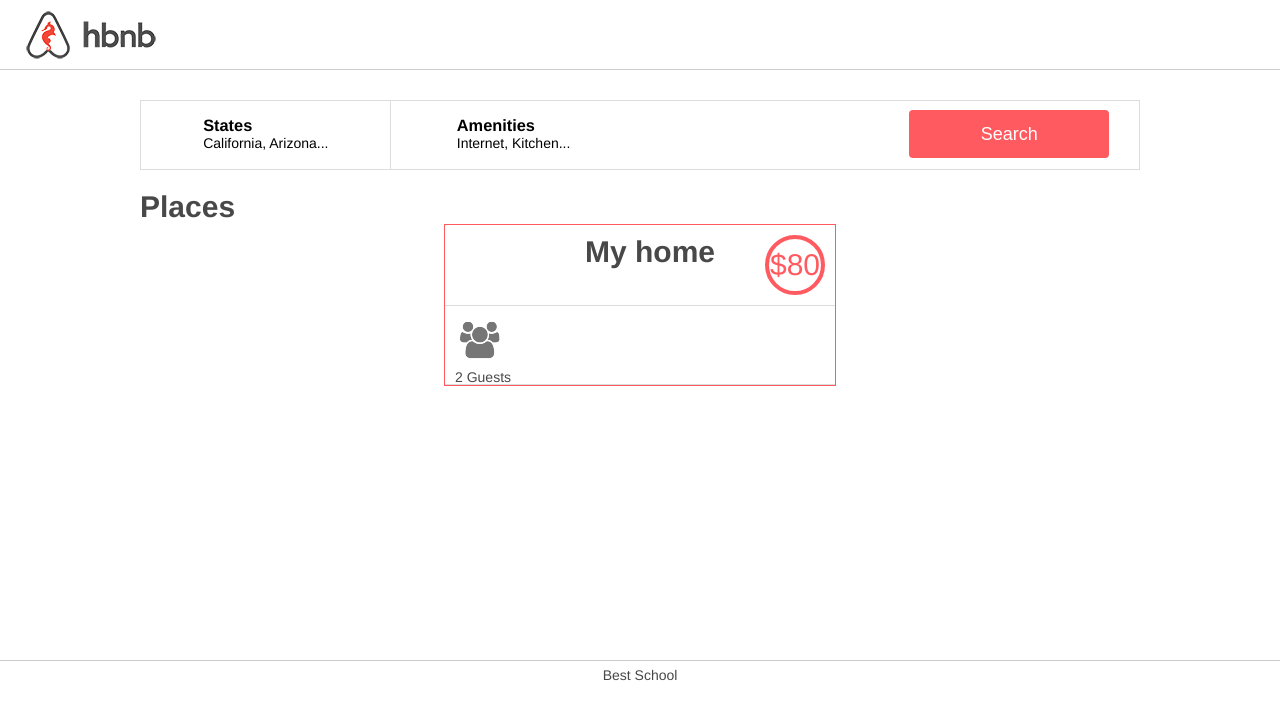
Repository: Eng-0marleves/AirBnB_clone
Page: web_static/8-index.html
The author's editor kept a copy of each file at every save. The page is drawn from the files as they stood at one save, then again after the next save.
The browser window is 1280 px wide. The pictures show the whole page.

Above is the page before, as saved 2023-12-18 07:05:58.

### web_static/8-index.html
<!DOCTYPE html>
<html lang="en">

<head>
	<meta charset="UTF-8">
	<meta name="viewport" content="width=device-width, initial-scale=1.0">
	<title>AirBnB Clone</title>
	<link rel="icon" href="images/icon.png">

	<link rel="stylesheet" href="styles/4-common.css">
	<link rel="stylesheet" href="styles/3-header.css">
	<link rel="stylesheet" href="styles/3-footer.css">
	<link rel="stylesheet" href="styles/6-filters.css">
	<link rel="stylesheet" href="styles/8-places.css">
</head>

<body>
	<header>
		<div class="logo"></div>
	</header>

	<div class="container">
		<section class="filters">
			<div class="locations">
				<h3 class="title">States</h3>
				<h4 class="subtitle">California, Arizona...</h4>
				<div class="dropdowen">
					<h3>Arizona:</h3>
					<ul class="popover">
						<li>
							<h4>Page 1</h4>
							<h4>Page 2</h4>
						</li>
						<h3>Arizona:</h3>
						<li>
							<h4>San Francisco</h4>
							<h4>Los Altos</h4>
						</li>
					</ul>
				</div>
			</div>
			<div class="amenities">
				<h3 class="title">Amenities</h3>
				<h4 class="subtitle">Internet, Kitchen...</h4>
				<div class="dropdowen">
					<ul>
						<h3>Internet:</h3>
						<li>
							<h4>TV</h4>
						</li>
						<h3>Kitchen:</h3>
						<li>
							<h4>Iron</h4>
						</li>
					</ul>
				</div>
			</div>
			<button>Search</button>
		</section>
		<section class="places">
			<h1>Places</h1>
			<div class="places-container">
				<article>
					<div class="header">
						<h2>My home</h2>
						<div class="price_by_night">
							$80
						</div>
					</div>
					<div class="information">
						<div class="max_guest">
							<img src="images/icon_group.png" alt="">
							<p>2 Guests</p>
						</div>
						<div class="number_rooms">

						</div>
					</div>
				</article>
			</div>
		</section>
	</div>

	<footer>
		<p>Best School</p>
	</footer>
</body>

</html>

### web_static/styles/4-common.css
* {
  margin: 0;
  padding: 0;
  box-sizing: border-box;
  list-style: none;
}
body {
  margin: 0;
  padding: 0;
  color: #484848;
  font-size: 14px;
  font-family: Circular, "Helvetica Neue", Helvetica, Arial, sans-serif;
}

### web_static/styles/3-header.css
header {
  color: white;
  height: 70px;
  width: 100%;
  border-bottom: 1px solid #cccccc;
}

.logo {
  height: 100%;
  background: url("../images/logo.png") no-repeat;
  background-position: left;
  margin-left: 20px;
}

### web_static/styles/3-footer.css
footer {
  background-color: white;
  height: 60px;
  width: 100%;
  border-top: 1px solid #cccccc;
  position: absolute;
  bottom: 0;
  left: 0;
}

footer p {
  text-align: center;
  padding: 6px;
}

### web_static/styles/6-filters.css
.container {
  max-width: 1000px;
  margin: 30px auto;
}

.filters {
  color: white;
  height: 70px;
  width: 100%;
  border: 1px solid #dddddd;
}

.container button {
  display: block;
  font-size: 18px;
  color: #ffffff;
  background: #ff5a5f;
  height: 48px;
  width: 20%;
  border-radius: 4px;
  border: none;
  margin-left: auto;
  margin-right: 30px;
  margin-top: calc((70px + 48px) / 2 * -1);
}

.container button:hover {
  opacity: 90%;
}

.filters div {
  width: 25%;
  height: 100%;
  display: inline-block;
  color: #000;
  text-align: left;
  vertical-align: top;
  position: relative;
}

.filters div:first-child {
  border-right: 1px solid #dddddd;
}

.filters div .title {
  font-weight: 600;
  text-align: left;
  margin-left: 25%;
  margin-top: calc((70px - 40px) / 2);
}

.filters div .subtitle {
  font-weight: 400;
  font-size: 14px;
  text-align: left;
  margin-left: 25%;
}

.filters div:hover .dropdowen {
  display: block;
}

.filters div .dropdowen {
  display: none;
  position: absolute;
  top: 100%;
  left: 0;
  width: 100%;
  height: fit-content;
  background-color: #fafafa;
  border: 1px solid #dddddd;
  border-radius: 4px;
  box-shadow: 0 2px 4px rgba(0, 0, 0, 0.1);
}

.filters div .dropdowen h3 {
  font-size: 16px;
  margin: 10px;
}

.filters div .dropdowen li {
  margin: 5px 20px;
}

.filters div .title {
  font-weight: 600;
  text-align: left;
}

.filters div .subtitle {
  font-weight: 400;
  font-size: 14px;
  text-align: left;
}

### web_static/styles/8-places.css
.places {
  margin-top: 20px;
}

.places h1 {
  font-size: 30px;
}

.places .places-container {
  display: flex;
  justify-content: space-around;
  align-items: center;
  flex-wrap: wrap;
}

.places article {
  border: 1px solid #ff5a5f;
}

.places article .header {
  width: 390px;
  padding: 10px;
  display: flex;
  justify-content: flex-end;
}

.places article .header h2 {
  font-size: 30px;
  text-align: center;
  margin-right: 50px;
}

.places article .header .price_by_night {
  color: #ff5a5f;
  border: 4px solid #ff5a5f;
  min-width: 60px;
  height: 60px;
  font-size: 30px;
  display: flex;
  justify-content: center;
  align-items: center;
  border-radius: 50%;
}

.places article .information {
  height: 80px;
  border-top: 1px solid #dddddd;
  border-bottom: 1px solid #dddddd;
  padding: 10px;
}

.places article .information .max_guest {
  width: 100px;
}

After the next save:
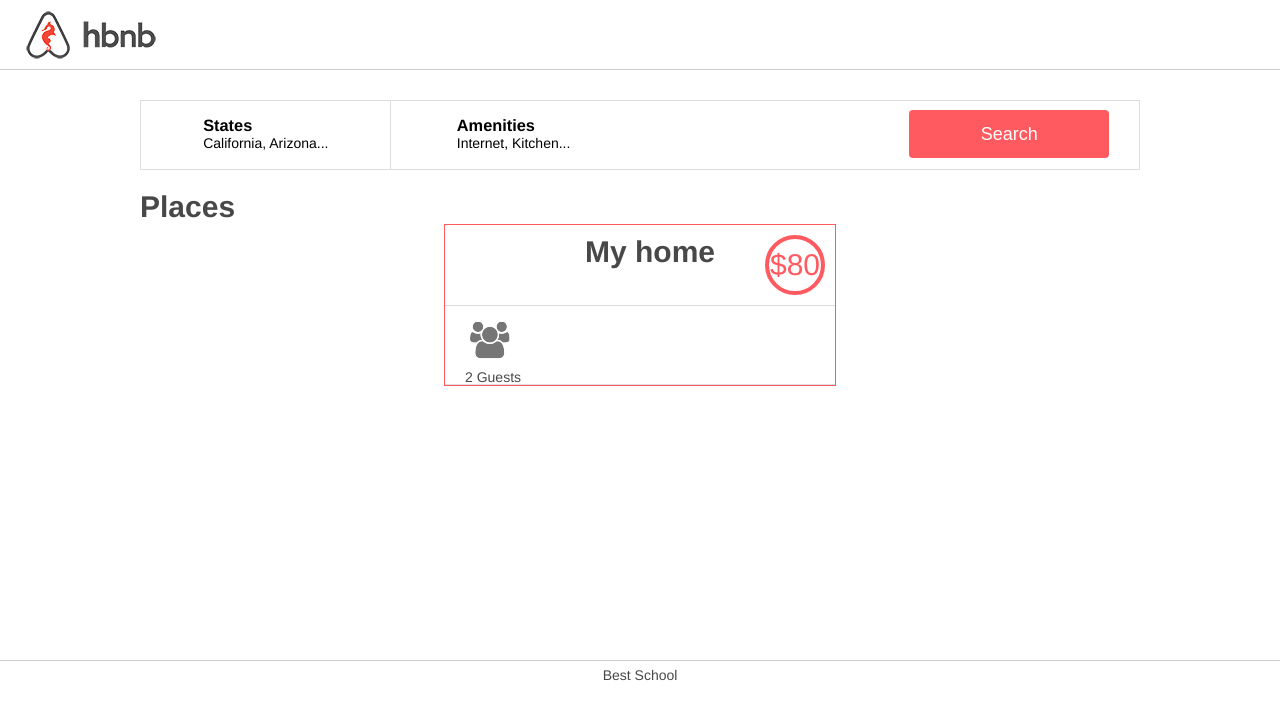
Saved 13 s later.
--- a/web_static/styles/8-places.css
+++ b/web_static/styles/8-places.css
@@ -46,7 +46,7 @@
   height: 80px;
   border-top: 1px solid #dddddd;
   border-bottom: 1px solid #dddddd;
-  padding: 10px;
+  padding: 10px 20px 0 20px;
 }
 
 .places article .information .max_guest {
